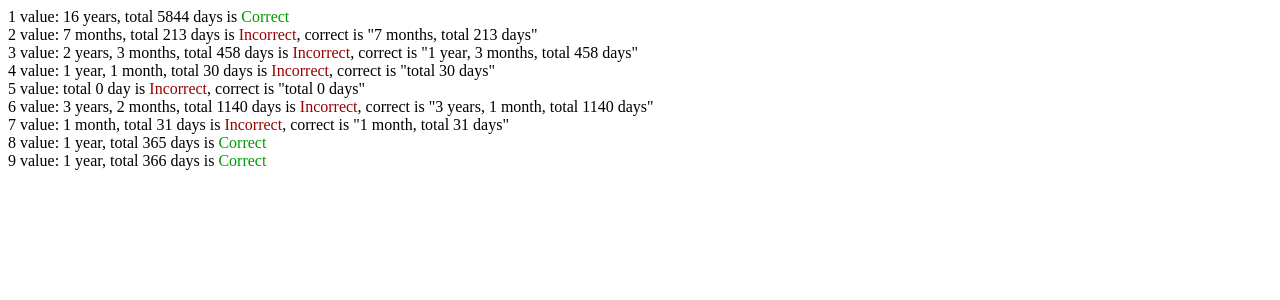
Repository: jamieking1996/tech-assessment-int
Page: index.html
An editor plug-in stored every save of this project. The page is shown before and after the next save, followed by the edit.
The browser window is 1280 px wide. The pictures show the whole page.

Above is the page before, as saved 2021-08-10 16:57:06.

After the next save:
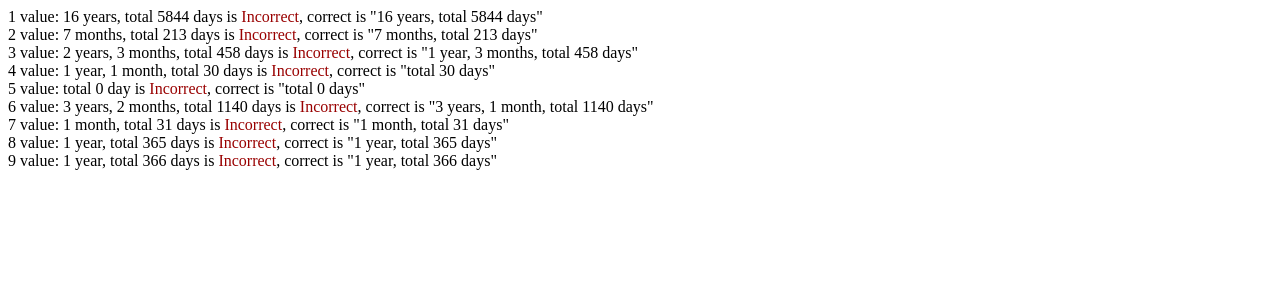
Saved 47 s later.
--- a/main.js
+++ b/main.js
@@ -37,7 +37,7 @@ function getDiff(d1, d2) {
   if (!isBeforeDateBeforeAfterDate(d1, d2)) {
     return new Error('First date is after second date.');
   }
-  return `${yearDiff(d1, d2)}${monthDifference(d1, d2)}${totalDayDiff(d1, d2)}`;
+  return `${yearDiff(d1, d2)} ${monthDifference(d1, d2)} ${totalDayDiff(d1, d2)}`;
 }
 
 function convertDateToCorrectFormat(date) {
@@ -47,7 +47,7 @@ function convertDateToCorrectFormat(date) {
 
 function monthDifference(beforeDate, afterDate) {
   const months = getNumberedMonthDifference(beforeDate, afterDate);
-  return months <= 0 ? '' : ` ${months} ${pluralise(months, 'month')},`;
+  return months <= 0 ? '' : `${months} ${pluralise(months, 'month')},`;
 }
 
 function getNumberedMonthDifference(beforeDate, afterDate) {
@@ -63,7 +63,7 @@ function totalDayDiff(d1, d2) {
   const days = Math.floor(
     differenceBetweenDatesInMiliSec / dayInMilliSeconds
   );
-  return ` total ${days} ${pluralise(days, 'day')}`;
+  return `total ${days} ${pluralise(days, 'day')}`;
 }
 
 function yearDiff(d1, d2) {
